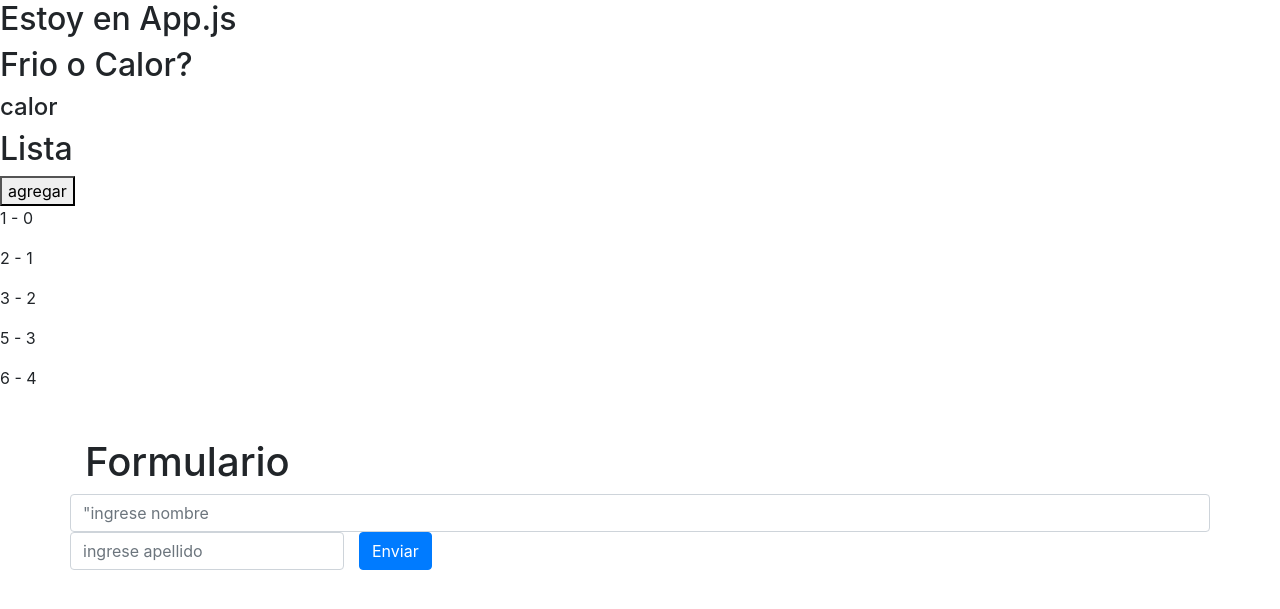
Repository: geraldine-ventura/Jsx-practica-terminada
Page: /
These files come from the project's save history. The page is drawn as it stood at one moment and after the next save; the edit follows.
The browser window is 1280 px wide. The pictures show the whole page.
The project was rebuilt for these pictures with package versions that can differ from the ones it lists, and the page was loaded fresh each time.

Above is the page before, as saved 2022-12-29 11:25:27.

### public/index.html
<!DOCTYPE html>
<html lang="en">
  <head>
    <meta charset="utf-8" />
    <link rel="icon" href="%PUBLIC_URL%/favicon.ico" />
    <meta name="viewport" content="width=device-width, initial-scale=1" />
    <meta name="theme-color" content="#000000" />
    <meta
      name="description"
      content="Web site created using create-react-app"
    />
    <link rel="apple-touch-icon" href="%PUBLIC_URL%/logo192.png" />
    <!--
      manifest.json provides metadata used when your web app is installed on a
      user's mobile device or desktop. See https://developers.google.com/web/fundamentals/web-app-manifest/
    -->
    <link rel="manifest" href="%PUBLIC_URL%/manifest.json" />
    <!--
      Notice the use of %PUBLIC_URL% in the tags above.
      It will be replaced with the URL of the `public` folder during the build.
      Only files inside the `public` folder can be referenced from the HTML.

      Unlike "/favicon.ico" or "favicon.ico", "%PUBLIC_URL%/favicon.ico" will
      work correctly both with client-side routing and a non-root public URL.
      Learn how to configure a non-root public URL by running `npm run build`.
    -->
    <title>React App</title>
    <link rel="stylesheet" href="https://cdn.jsdelivr.net/npm/bootstrap@4.3.1/dist/css/bootstrap.min.css" integrity="sha384-ggOyR0iXCbMQv3Xipma34MD+dH/1fQ784/j6cY/iJTQUOhcWr7x9JvoRxT2MZw1T" crossorigin="anonymous">
  </head>


  <body>
    <noscript>You need to enable JavaScript to run this app.</noscript>
    <div id="root"></div>
    <!--
      This HTML file is a template.
      If you open it directly in the browser, you will see an empty page.

      You can add webfonts, meta tags, or analytics to this file.
      The build step will place the bundled scripts into the <body> tag.

      To begin the development, run `npm start` or `yarn start`.
      To create a production bundle, use `npm run build` or `yarn build`.
    -->
  </body>
</html>

### src/App.js
import React from 'react'
import Formulario from './componeneste2/Formulario';
import Jsx from "./componetes/Jsx"
import Lista from './componetes/Lista';

function App() {
  return (
    <div className="App">
     <h2>Estoy en App.js</h2>
      <Jsx></Jsx>
      <Lista></Lista>

       <div className='container mt-5'>
         <Formulario></Formulario>
       </div>

    </div>
  );
}

export default App;

### src/componeneste2/Formulario.js
import React, {Fragment, useState} from 'react'

const Formulario= ()=>{
     return (
      <Fragment>
        <h1>Formulario</h1>
         <form className='row'>
         <div></div>
        <input
        placeholder='"ingrese nombre'
        className= "form-control">
       </input>
         <div>
          <input
          placeholder='ingrese apellido'
          className= "form-control">
          </input>
         </div>
         <div className='col-md-3'>
          <button className="btn btn-primary" type='submit'>Enviar</button>

           </div>
        </form>
        </Fragment>
      );
}

export default Formulario;

### src/componetes/Jsx.js
import React, { Fragment } from 'react'

const  Jsx= () => {
    //const saludo =" CONSTANTE PRUEBA"
    const temperatura=21;
    return (
        <Fragment>

    <h2>Frio o Calor?</h2>
    <h4>
       {
        temperatura > 20 ? "calor" : "frio"
       }
    </h4>
       </Fragment>
        );
}

export default Jsx;

### src/componetes/Lista.js
import React,{useState,Fragment} from 'react'
const  Lista= () => {

 const [arrayNumero, setArrayNumero]= useState([1,2,3,5,6])

 const[numero, setNumero]= useState(77)

 const agregarElemento =() => {

    setNumero(numero + 1)
   // console.log ("click")
    setArrayNumero([...arrayNumero,numero])
}
    return (
        <Fragment>
          <h2> Lista</h2>
          <button onClick={agregarElemento}>agregar</button>
          {
            arrayNumero.map((item,index )=>
                <p key ={index}>
                  {item} - {index}
                </p>
            )
          }
        </Fragment>
     );
}

export default Lista;

Loaded but not shown: src/index.js (common file); src/index.css (common file); src/reportWebVitals.js (common file)

After the next save:
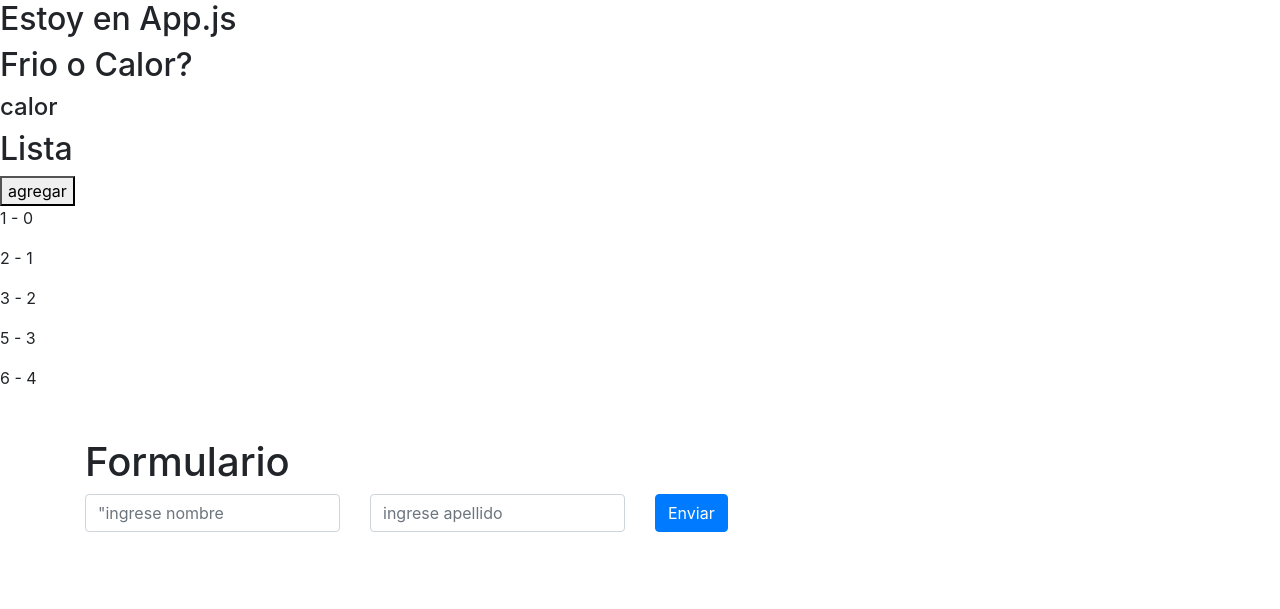
Saved 5 min 19 s later.
--- a/src/componeneste2/Formulario.js
+++ b/src/componeneste2/Formulario.js
@@ -5,20 +5,23 @@ const Formulario= ()=>{
       <Fragment>
         <h1>Formulario</h1>
          <form className='row'>
-         <div></div>
-        <input
-        placeholder='"ingrese nombre'
-        className= "form-control">
-       </input>
-         <div>
+
+         <div className='col-md-3'>
+          <input
+          placeholder='"ingrese nombre'
+          className= "form-control">
+          </input>
+         </div>
+
+         <div className='col-md-3'>
           <input
           placeholder='ingrese apellido'
           className= "form-control">
           </input>
          </div>
+
          <div className='col-md-3'>
           <button className="btn btn-primary" type='submit'>Enviar</button>
-
            </div>
         </form>
         </Fragment>
